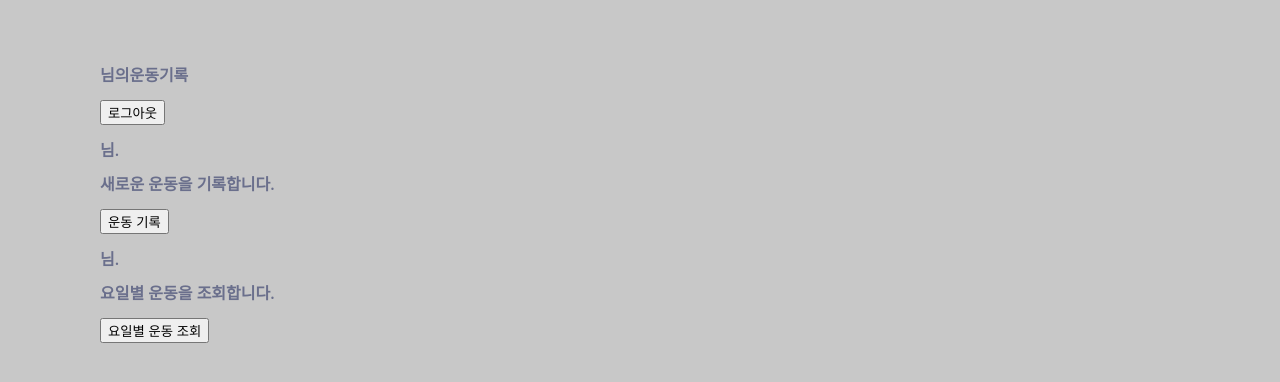
Repository: Up-Min/hrdkorea
Page: http://localhost/jsp_workout/main.jsp
These files come from the project's save history. The page is drawn as it stood at one moment and after the next save; the edit follows.
The browser window is 1280 px wide. The pictures show the whole page.
The page is served by Tomcat 9. The template is opened directly, without the code that normally fills it, so the values that code supplies are empty.

Above is the page before, as saved 2022-12-31 02:06:01.

After the next save:
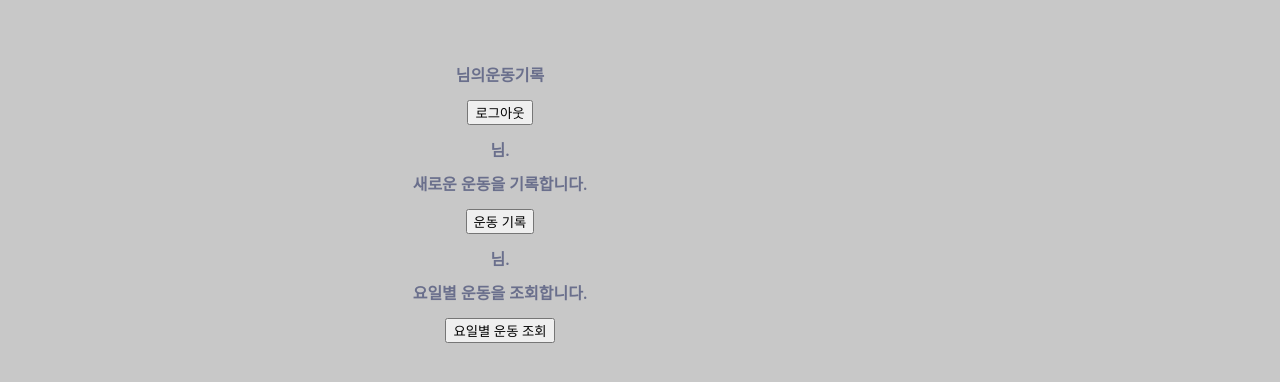
Saved 64 s later.
--- a/jsp_workout/src/main/webapp/main.jsp
+++ b/jsp_workout/src/main/webapp/main.jsp
@@ -24,7 +24,7 @@ List<workout> list6 = (List)request.getAttribute("wklist5");
 <link rel="stylesheet" href="./css/style.css" />
 </head>
 <body>
-	<div class="all" style="width: 800px; position: fixed;top: 50px;left: 100px;">
+	<div class="all" style="width: 800px; position: fixed;top: 50px;left: 100px; text-align: center;">
 		<div class="title">
 			<p>${id}님의운동기록</p>
 		</div>
